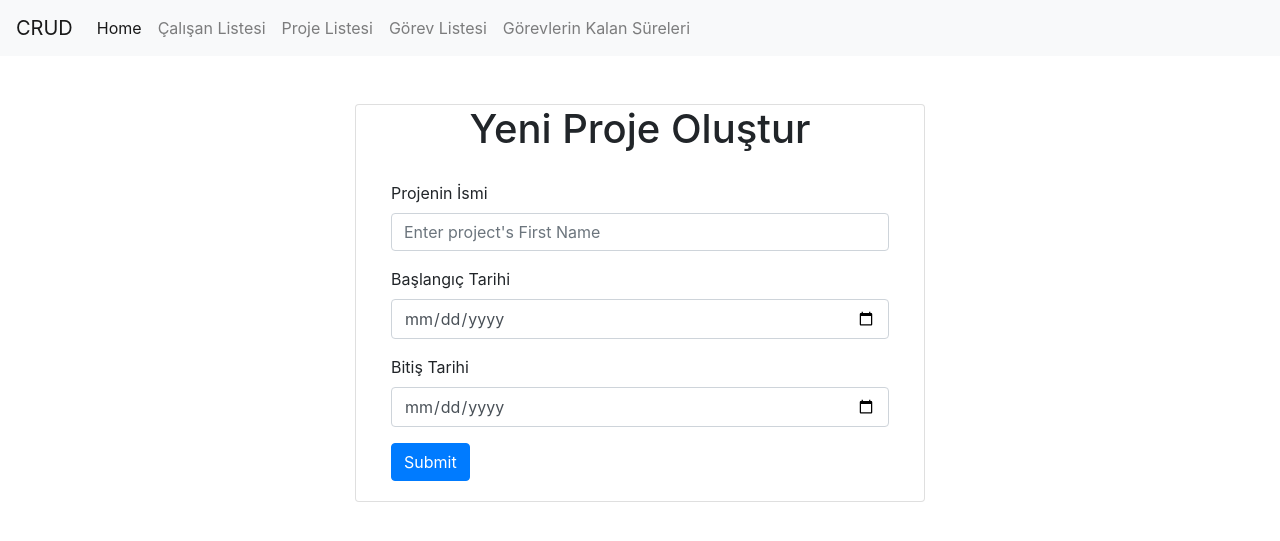
Repository: AhmetOzgul/veri_Taban-_proje
Page: http://localhost/create_project
These files come from the project's save history. The page is drawn as it stood at one moment and after the next save; the edit follows.
The browser window is 1280 px wide. The pictures show the whole page.
The page is this project's Thymeleaf template; nobody is signed in. The template is opened directly, without the code that normally fills it, so the values that code supplies are empty.

Above is the page before, as saved 2024-01-16 18:48:05.

### vtys2/vtys/src/main/resources/templates/create_project.html
<!DOCTYPE html>
<html lang="en" xmlns:th="http://www.thymeleaf.org">
<head>
    <meta charset="UTF-8">
    <meta name="viewport" content="width=device-width, initial-scale=1.0">
    <title>project Managements</title>
    <link rel="stylesheet" href="https://cdn.jsdelivr.net/npm/bootstrap@4.0.0/dist/css/bootstrap.min.css" integrity="sha384-Gn5384xqQ1aoWXA+058RXPxPg6fy4IWvTNh0E263XmFcJlSAwiGgFAW/dAiS6JXm" crossorigin="anonymous">
</head>
<body>
	<nav class="navbar navbar-expand-lg navbar-light bg-light">
		<a class="navbar-brand" href="#">CRUD</a>
		<button class="navbar-toggler" type="button" data-toggle="collapse" data-target="#navbarNav" aria-controls="navbarNav" aria-expanded="false" aria-label="Toggle navigation">
		  <span class="navbar-toggler-icon"></span>
		</button>
		<div class="collapse navbar-collapse" id="navbarNav">
		  <ul class="navbar-nav">
			<li class="nav-item active">
			  <a class="nav-link" href="/">Home<span class="sr-only">(current)</span></a>
			</li>
			<li class="nav-item">
			  <a class="nav-link" href="/users">Çalışan Listesi</a>
			</li>
			<li class="nav-item">
				<a class="nav-link" href="/projects">Proje Listesi</a>
			  </li>
			<li class="nav-item">
				<a class="nav-link" href="/tasks">Görev Listesi</a>
			  </li>
			  			                <li class="nav-item">
        <a class="nav-link" href="/remaining-days">Görevlerin Kalan Süreleri</a>
    </li>
		  </ul>
		</div>
	  </nav>
	  <br>
	</br>
    <div class="container">
		<div class="row">
			<div class="col-lg-6 col-md-6 col-sm-6 container justify-content-center card">
				<h1 class="text-center"> Yeni Proje Oluştur</h1>
				<div class="card-body">

					<form th:action="@{/projects/add}" th:object="${project}" method="POST">
						<div class="form-group">
							<label>Projenin İsmi</label>
							<input
							type="text"
							name="projectName"
							th:field="*{projectName}"
							class="form-control"
							placeholder="Enter project's First Name "
							/>
						</div>
						<div class="form-group">
							<label>Başlangıç Tarihi</label>
							<input
							type="date"
							name="startDate"
							th:field="*{startDate}"
							class="form-control"
							placeholder="Enter project's Last Name "
							/>
						</div>
						<div class="form-group">
							<label>Bitiş Tarihi</label>
							<input
							type="date"
							name="endDate"
							th:field="*{endDate}"
							class="form-control"
							placeholder="Enter project's E-mail "
							/>
						</div>
						<div class="box-footer">
							<button type="submit" class="btn btn-primary">Submit</button>
						</div>
					</form>
				</div>
			</div>
		</div>
	</div>
</body>
</html>

After the next save:
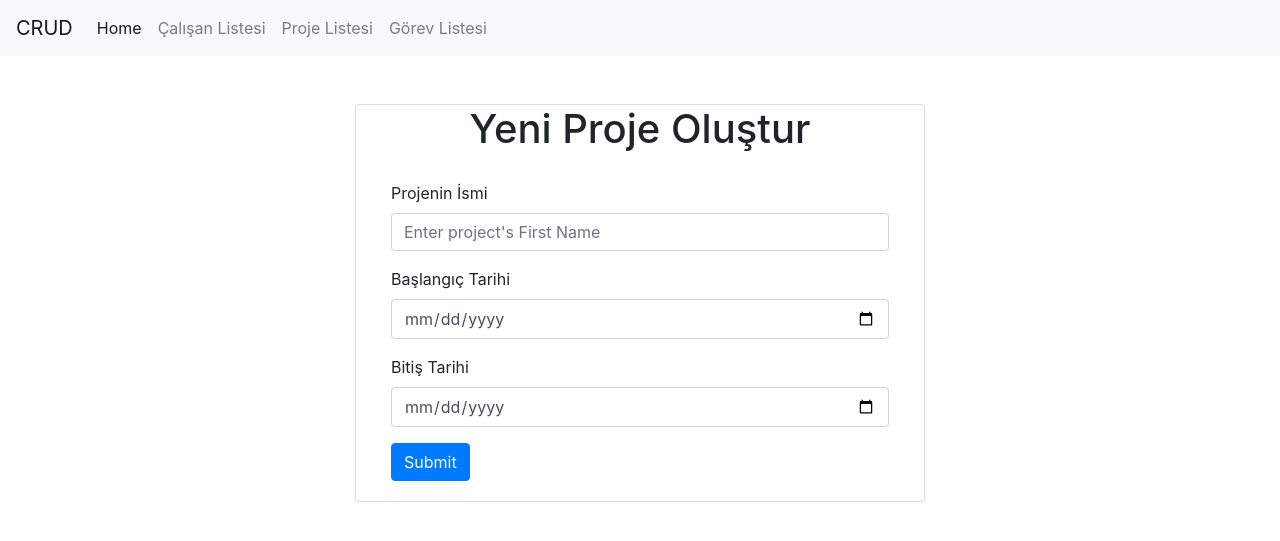
Saved 19 min 50 s later.
--- a/vtys2/vtys/src/main/resources/templates/create_project.html
+++ b/vtys2/vtys/src/main/resources/templates/create_project.html
@@ -26,9 +26,6 @@
 			<li class="nav-item">
 				<a class="nav-link" href="/tasks">Görev Listesi</a>
 			  </li>
-			  			                <li class="nav-item">
-        <a class="nav-link" href="/remaining-days">Görevlerin Kalan Süreleri</a>
-    </li>
 		  </ul>
 		</div>
 	  </nav>
